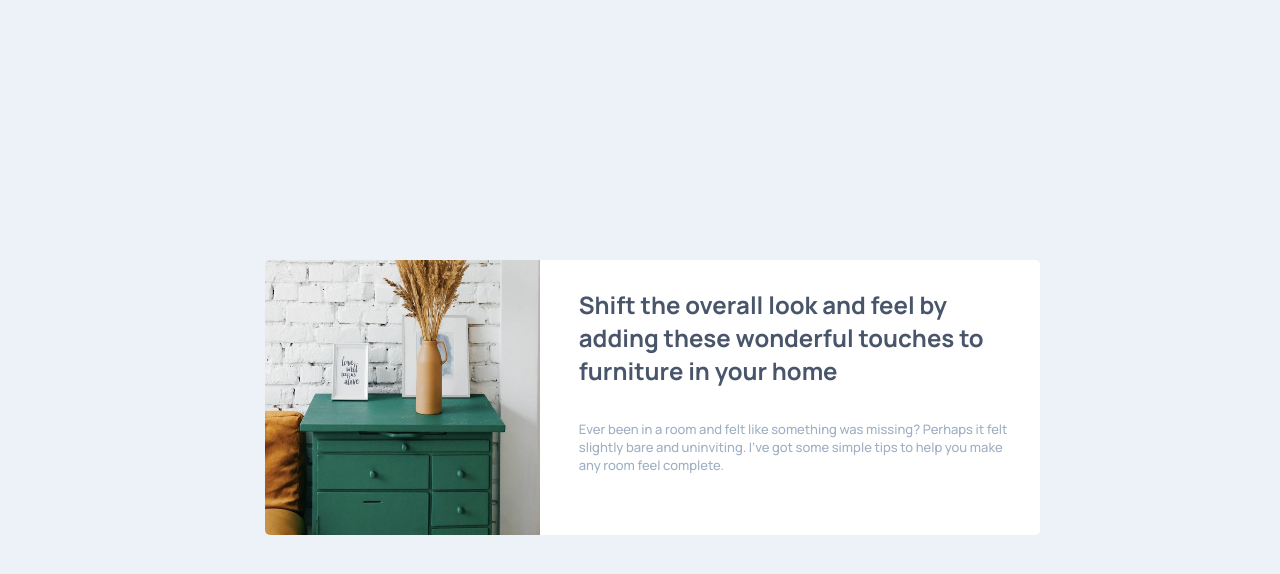
Repository: ricky603/training-css
Page: article-preview-component-master/index.html
An editor plug-in stored every save of this project. The page is shown before and after the next save, followed by the edit.
The browser window is 1280 px wide. The pictures show the whole page.

Above is the page before, as saved 2020-09-09 08:48:07.

### article-preview-component-master/index.html
<!DOCTYPE html>
<html lang="en">

<head>
    <meta charset="UTF-8">
    <meta name="viewport" content="width=device-width, initial-scale=1.0">
    <!-- displays site properly based on user's device -->

    <link rel="icon" type="image/png" sizes="32x32" href="./images/favicon-32x32.png">
    <link rel="stylesheet" href="./styles.css">
    <link href="https://fonts.googleapis.com/css2?family=Manrope:wght@500;700&display=swap" rel="stylesheet">

    <title>Frontend Mentor | Article preview component</title>

    <!-- Feel free to remove these styles or customise in your own stylesheet 👍 -->
</head>

<body>
    <div class="article">
        <div id="image">
            <img src="./images/drawers.jpg" class="drawer">
        </div>

        <div class="post">
            <div class="head">
                <h2>Shift the overall look and feel by adding these wonderful touches to furniture in your home</h2>
            </div>
            <div class="body">
                <p>Ever been in a room and felt like something was missing? Perhaps it felt slightly bare and uninviting. I’ve got some simple tips to help you make any room feel complete.</p>
            </div>
        </div>
    </div>


</body>

</html>

<!--

  Ever been in a room and felt like something was missing? Perhaps
  it felt slightly bare and uninviting. I’ve got some simple tips
  to help you make any room feel complete.

  Michelle Appleton
  28 Jun 2020

  Share -->

### article-preview-component-master/styles.css
body {
    background-color: hsl(210, 46%, 95%);
}

h2 {
    font-family: 'Manrope';
    font-weight: 700;
}

#image {
    display: inline-block;
}

.post {
    position: absolute;
    width: 57%;
    display: inline-block;
    margin: 1% 50% 5% 5%;
}

.body {
    font-family: 'Manrope';
    font-weight: 500;
    font-size: 13px;
    color: hsl(212, 23%, 69%);
}

.head {
    display: inline-block;
    color: hsl(217, 19%, 35%);
}

.article {
    position: fixed;
    width: 775px;
    height: 275px;
    background-color: white;
    margin: auto;
    top: 50%;
    left: 50%;
    margin-top: -100px;
    margin-left: -375px;
    border-radius: 5px;
}

.drawer {
    width: 275px;
    height: 275px;
    border-radius: 5px 0 0 5px;
}

.attribution {
    font-size: 11px;
    text-align: center;
}

.attribution a {
    color: hsl(228, 45%, 44%);
}

After the next save:
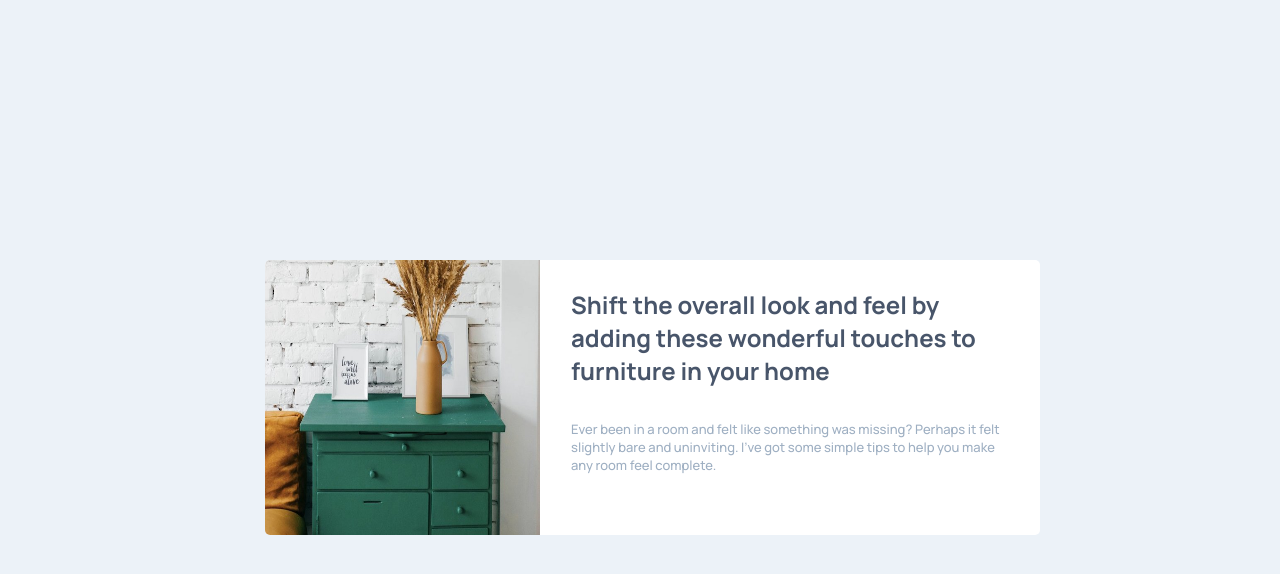
Saved 15 s later.
--- a/article-preview-component-master/styles.css
+++ b/article-preview-component-master/styles.css
@@ -15,7 +15,7 @@ h2 {
     position: absolute;
     width: 57%;
     display: inline-block;
-    margin: 1% 50% 5% 5%;
+    margin: 1% 5% 5% 4%;
 }
 
 .body {
